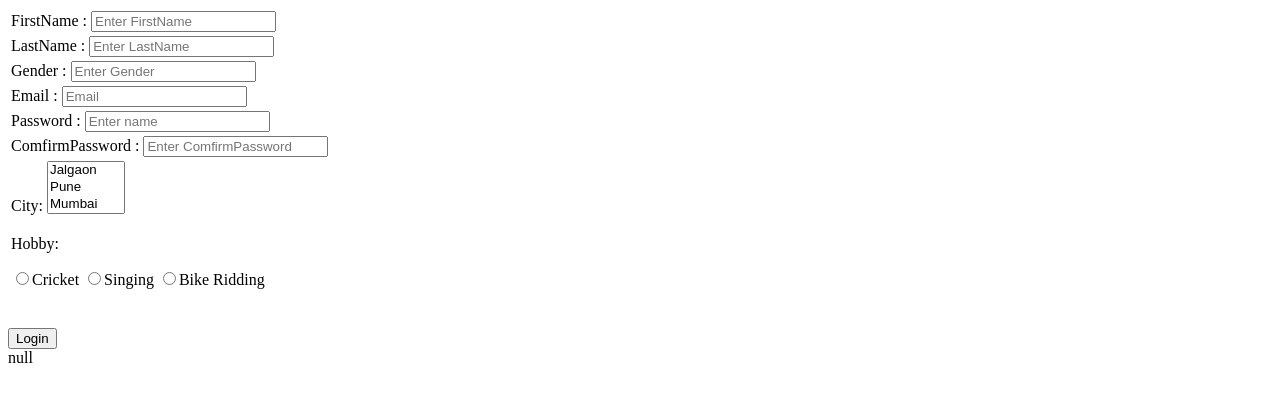
Repository: yogendra-dashore/java-ism
Page: http://localhost/23-ism-jee/Registration.jsp
An editor plug-in stored every save of this project. The page is shown before and after the next save, followed by the edit.
The browser window is 1280 px wide. The pictures show the whole page.
The page is served by Tomcat 9.

Above is the page before, as saved 2023-04-01 10:27:35.

After the next save:
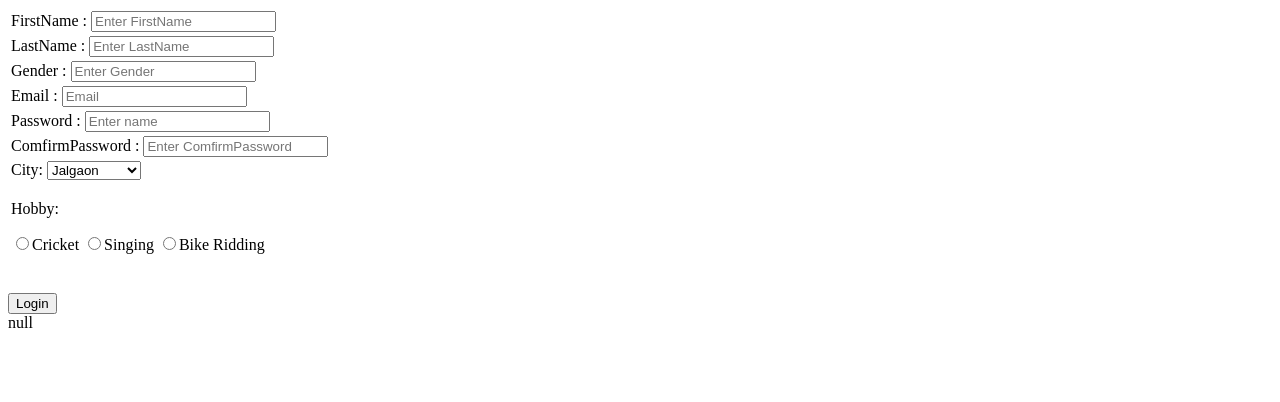
Saved 31 min 52 s later.
--- a/23-ism-jee/src/main/webapp/Registration.jsp
+++ b/23-ism-jee/src/main/webapp/Registration.jsp
@@ -21,7 +21,7 @@
 <tr><td>Password : <input type="password" name="password" placeholder="Enter name"></td></tr>
 <tr><td>ComfirmPassword : <input type="text" name="ComfirmPassword" placeholder="Enter ComfirmPassword"></td></tr>
 <tr> <td> <label for="City">City:</label>
-    <select id="city" name="city" size="3">
+    <select id="city" name="city">
     <option value="Jalgaon">Jalgaon</option>
     <option value="Pune">Pune</option>
     <option value="Mumbai">Mumbai</option>
